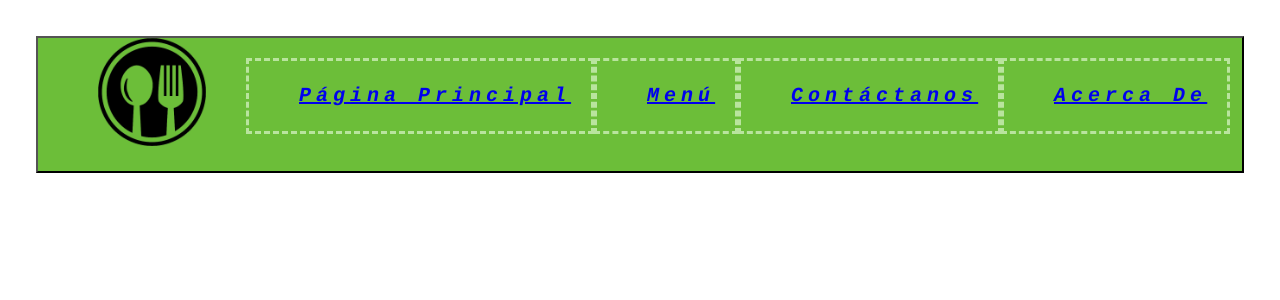
Repository: UVMCoyoacan/eq06_sitio1
Page: index.html
An editor plug-in stored every save of this project. The page is shown before and after the next save, followed by the edit.
The browser window is 1280 px wide. The pictures show the whole page.

Above is the page before, as saved 2024-03-07 10:29:57.

After the next save:
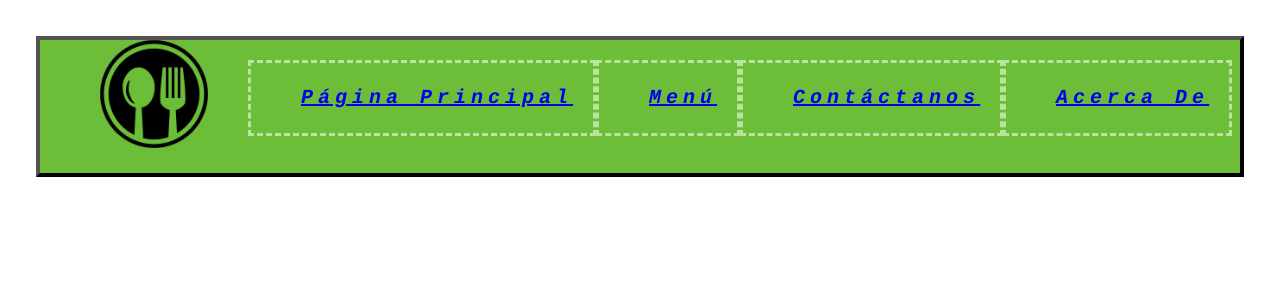
Saved 8 s later.
--- a/Carpeta estilos/estilo1.css
+++ b/Carpeta estilos/estilo1.css
@@ -25,7 +25,7 @@ header{
   text-indent:60px;
   border-style: outset;
   border-color: #000000;
-  border-width: .2ch;
+  border-width: .4ch;
 
 }
 li {
